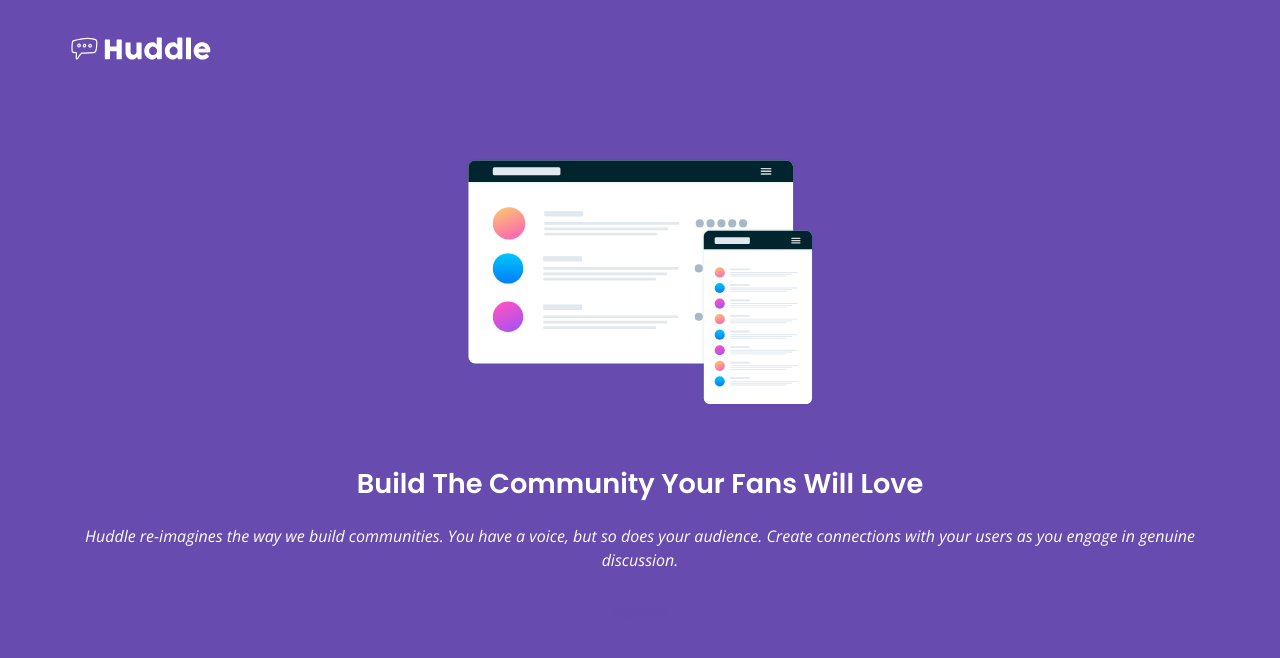
Repository: ivanvqz/huddle-landing-page
Page: index.html
These files come from the project's save history. The page is drawn as it stood at one moment and after a run of saves; the edit follows.
The browser window is 1280 px wide. The pictures show the part of the page from y = 0 to 658 px (the page is 1043 px tall).
A picture or video elsewhere on the page could not be fetched, so the positions and the page height are approximate.

Above is the page before, as saved 2022-10-19 22:45:59.

### index.html
<!DOCTYPE html>
<html lang="en">
  <head>
    <meta charset="UTF-8">
    <meta name="viewport" content="width=device-width, initial-scale=1.0">

    <link rel="icon" type="image/png" sizes="32x32" href="./images/favicon-32x32.png">

    <title>Proyect 1</title>

    <link rel="preconnect" href="https://fonts.googleapis.com">
    <link rel="preconnect" href="https://fonts.gstatic.com" crossorigin>
    <link href="https://fonts.googleapis.com/css2?family=Open+Sans:ital@1&family=Poppins:ital,wght@0,600;1,400&display=swap" rel="stylesheet">

    <link rel="stylesheet" href="./css/style.css">
  </head>
<body>

  <header class="hero">
    <!-- menu de navegacion -->
    <nav class="nav container">
      <img src="./images/logo.svg" class="nav__logo" alt="Logo">
    </nav>

    <section class="hero__container container">
      <figure class="hero__picture">
        <img src="./images/illustration-mockups.svg" class="hero__img" alt="mockups">
      </figure>

      <div class="hero__texts">
        <h1 class="hero__title">Build The Community Your Fans Will Love</h1>
        <p class="hero__paragraph">Huddle re-imagines the way we build communities. You have a voice, but so does your audience.
        Create connections with your users as you engage in genuine discussion.</p>
        <a href="#" class="hero__cta">Register</a>
      </div>

      <div class="hero__contact">
        <a href="#" class="hero__link">
          <img src="./images/fb.svg" class="hero__icon" alt="icon">
        </a>
        <a href="#" class="hero__link">
          <img src="./images/twitter.svg" class="hero__icon" alt="icon">
        </a>
        <a href="#" class="hero__link">
          <img src="./images/instagram.svg" class="hero__icon" alt="icon">
        </a>
      </div>
    </section>
  </header>


  <!-- <footer>
    <p class="attribution">
      Challenge by <a href="https://www.frontendmentor.io?ref=challenge" target="_blank">Frontend Mentor</a>.
      Coded by <a href="#">Your Name Here</a>.
    </p>
  </footer> -->
</body>
</html>

### css/style.css
:root {
    --violet: hsl(257, 40%, 49%);
    --soft-magenta: hsl(300, 69%, 71%);

    --font1: 'Open Sans', sans-serif;
    --font2: 'Poppins', sans-serif;

    --padding-container: 60px 0;
}
* {
    margin: 0;
    box-sizing: border-box;
}
body {
    font-family: var(--font1);
}

.hero {
    background-color: var(--violet);
}

/* todos los elementos tengan un width de 90% y un margin 0 auto */

.container {
    width: 90%;
    margin: 0 auto;
    /* para los elementos que se salgan se oculten */
    overflow: hidden;
    max-width: 1200px;
    padding: var(--padding-container);
}

.nav {
    --padding-container: 30px 0;
}
.nav__logo {
    width: 150px;
    display: block;
}

.hero__container {
    display: flex;
    align-items: center;
    flex-direction: column;
}

.hero__img {
    max-width: 350px;
    width: 100%;
    /* para quitar el margen que tiene la imagen */
    display: block;
    margin: 0 auto;
}

.hero__texts {
    margin: 3.5em 0;
    color: white;
    text-align: center;
}

.hero__title {
    font-size: 1.7rem;
    font-family: var(--font2);
}

.hero__paragraph {
    line-height: 1.5;
    margin: 1.2em 0 1.73em;
}

.hero__cta{
    display: inline;
    color: var(--violet);
}

### images/fb.svg
<svg xmlns="http://www.w3.org/2000/svg" width="24" height="24" viewBox="0 0 24 24" style="fill: #fff ;transform: ;msFilter:;"><path d="M13.397 20.997v-8.196h2.765l.411-3.209h-3.176V7.548c0-.926.258-1.56 1.587-1.56h1.684V3.127A22.336 22.336 0 0 0 14.201 3c-2.444 0-4.122 1.492-4.122 4.231v2.355H7.332v3.209h2.753v8.202h3.312z"></path></svg>

### images/twitter.svg
<svg xmlns="http://www.w3.org/2000/svg" width="24" height="24" viewBox="0 0 24 24" style="fill: #fff ;transform: ;msFilter:;"><path d="M19.633 7.997c.013.175.013.349.013.523 0 5.325-4.053 11.461-11.46 11.461-2.282 0-4.402-.661-6.186-1.809.324.037.636.05.973.05a8.07 8.07 0 0 0 5.001-1.721 4.036 4.036 0 0 1-3.767-2.793c.249.037.499.062.761.062.361 0 .724-.05 1.061-.137a4.027 4.027 0 0 1-3.23-3.953v-.05c.537.299 1.16.486 1.82.511a4.022 4.022 0 0 1-1.796-3.354c0-.748.199-1.434.548-2.032a11.457 11.457 0 0 0 8.306 4.215c-.062-.3-.1-.611-.1-.923a4.026 4.026 0 0 1 4.028-4.028c1.16 0 2.207.486 2.943 1.272a7.957 7.957 0 0 0 2.556-.973 4.02 4.02 0 0 1-1.771 2.22 8.073 8.073 0 0 0 2.319-.624 8.645 8.645 0 0 1-2.019 2.083z"></path></svg>

After the next 2 saves:
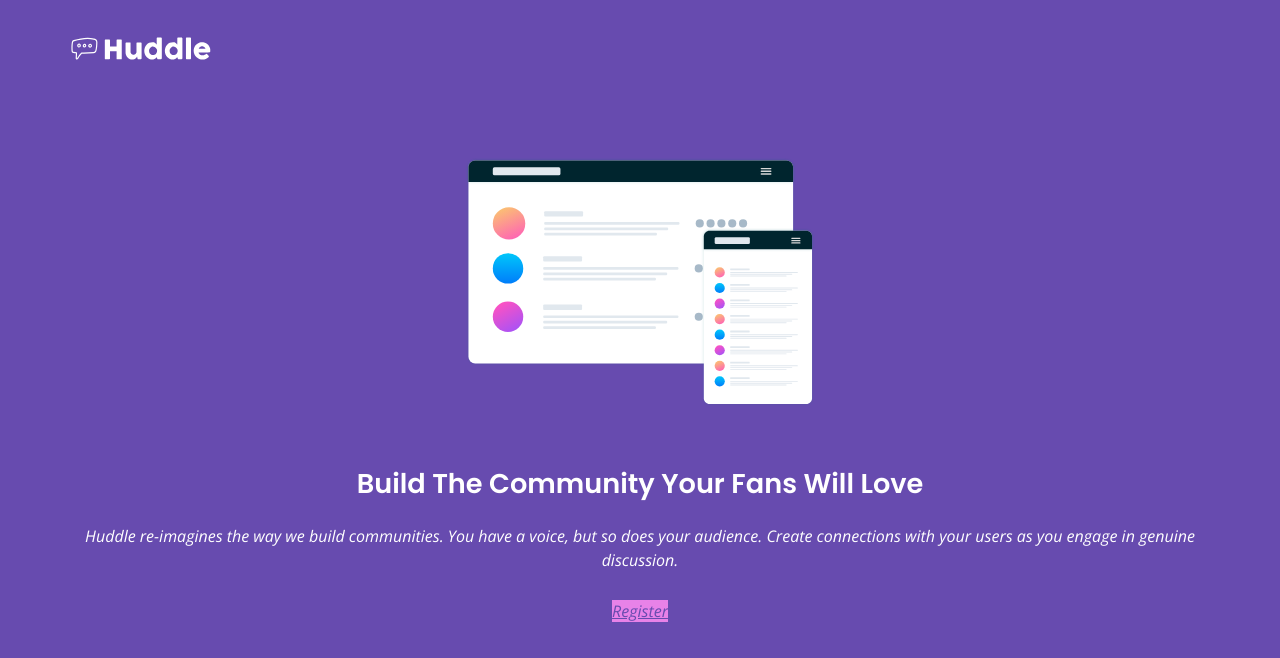
The 2 saves are shown as one change because they came seconds apart.
The last was saved 7 s later.
--- a/css/style.css
+++ b/css/style.css
@@ -71,4 +71,5 @@
 .hero__cta{
     display: inline;
     color: var(--violet);
+    background-color: var(--soft-magenta);
 }
